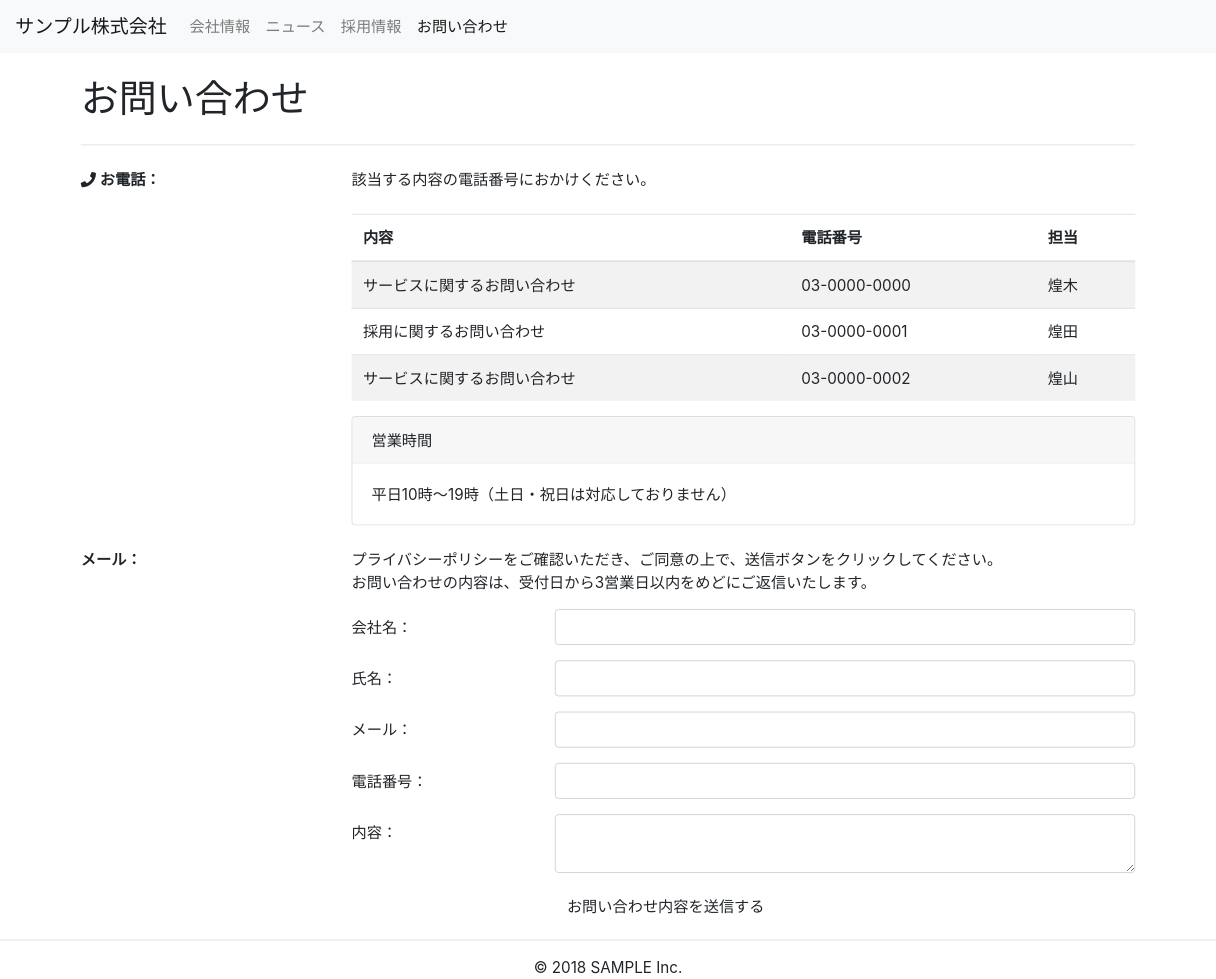
Repository: yoony212/frontend
Page: contact.html
The author's editor kept a record of every edit. The page is drawn from the files as they stood at one moment, then again after the next edit.
The browser window is 1280 px wide. The pictures show the whole page, at 95% of full size.

Above is the page before.

After the next edit:
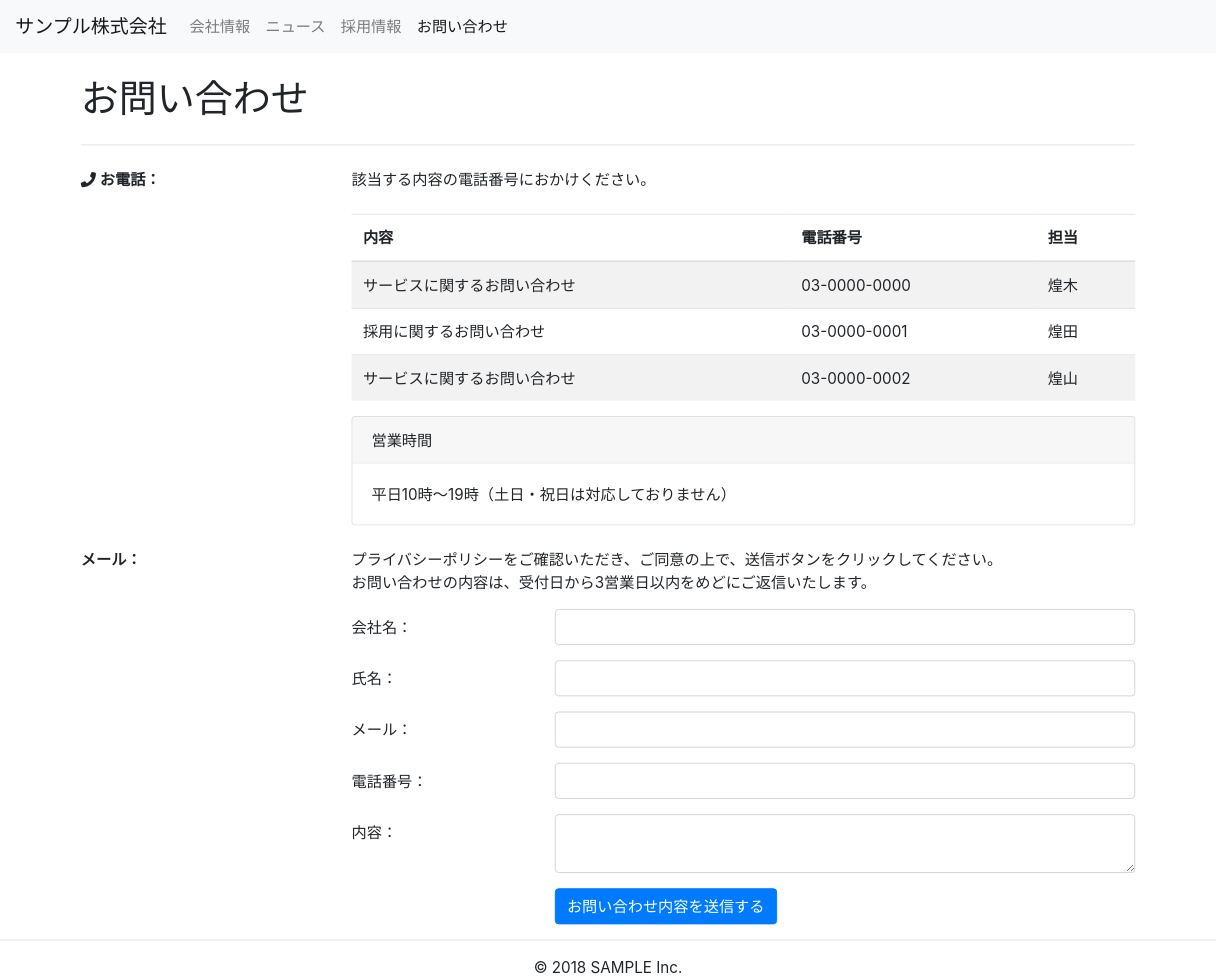
The edit:
--- a/contact.html
+++ b/contact.html
@@ -169,7 +169,7 @@
                         <div class="col-sm-9">
                             <!-- 送信ボタンを緑色にする設定を追加 -->
                             <!-- さらに、送信ボタンは、指定のカラム幅に対して100％の幅となる設定を追加 -->
-                            <button type="submit" class="btn">お問い合わせ内容を送信する</button>
+                            <button type="submit" class="btn btn-primary">お問い合わせ内容を送信する</button>
                         </div>
                     </div>
                 </form>
